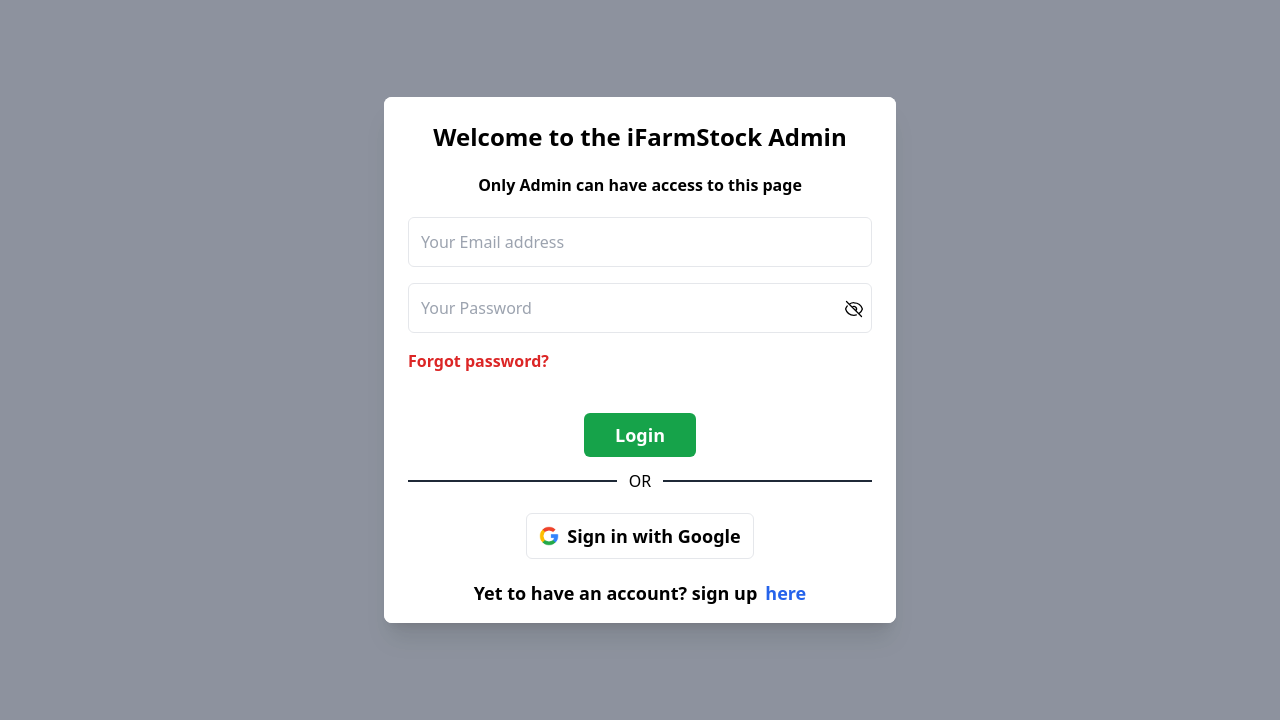
Repository: IssaMuiz/ifarmstock-admin
Page: /
The author's editor kept a copy of each file at every save. The page is drawn from the files as they stood at one save, then again after the next save.
The browser window is 1280 px wide. The pictures show the whole page.
The project was rebuilt for these pictures with package versions that can differ from the ones it lists, and the page was loaded fresh each time. The framework's server and built-in components were replaced by stand-ins that run in the browser. Also part of the build but not shown: next.config.mjs, components/navbar.tsx, components/spinner.tsx.

Above is the page before, as saved 2024-10-12 14:11:55.

### app/layout.tsx
import type { Metadata } from "next";
import localFont from "next/font/local";
import "./globals.css";
import ClientSessionProvider from "../components/clientSessionProvider";

const geistSans = localFont({
  src: "./fonts/GeistVF.woff",
  variable: "--font-geist-sans",
  weight: "100 900",
});
const geistMono = localFont({
  src: "./fonts/GeistMonoVF.woff",
  variable: "--font-geist-mono",
  weight: "100 900",
});

export const metadata: Metadata = {
  title: "iFarmStock-admin",
  description: "Generated by create next app",
};

export default function RootLayout({
  children,
}: Readonly<{
  children: React.ReactNode;
}>) {
  return (
    <html lang="en">
      <body
        className={`${geistSans.variable} ${geistMono.variable} antialiased mx-5 bg-gray-100`}
      >
        <ClientSessionProvider>{children}</ClientSessionProvider>
      </body>
    </html>
  );
}

### app/page.tsx
/* eslint-disable @typescript-eslint/no-explicit-any */
"use client";
import React from "react";
import { signIn } from "next-auth/react";
import { useRouter, useSearchParams } from "next/navigation";
import { useState, useEffect } from "react";
import Link from "next/link";
import Spinner from "@/components/spinner";
import Image from "next/image";

const errorMessages: { [key: string]: string } = {
  CredentialsSignin: "Invalid email or password",
  "User does not exist": "User does not exist",
  "Invalid password": "Invalid password",
};

const Login = () => {
  const [loading, setLoading] = useState(false);
  const [error, setError] = useState<string | null>(null);
  const [showPassword, setShowPassword] = useState(false);
  const [user, setUser] = useState({
    email: "",
    password: "",
  });

  const router = useRouter();

  const searchParams = useSearchParams();

  useEffect(() => {
    const authError = searchParams.get("error");
    if (authError) {
      setError(errorMessages[authError] || "Unknown error occured");
    }
  }, [searchParams]);

  const toggleShowPassword = () => {
    setShowPassword((prev) => !prev);
  };

  const handleInputChange = (e: any) => {
    const { name, value } = e.target;
    setError("");
    return setUser((prevInfo) => ({ ...prevInfo, [name]: value }));
  };

  const handleSubmit = async (e: any) => {
    e.preventDefault();
    setLoading(true);
    try {
      if (!user.email || !user.password) {
        setError("Please fill the required fields");
        return;
      }

      const emailRegex = /^([a-zA-Z0-9._%-]+@[a-zA-Z0-9.-]+\.[a-zA-Z]{2,})$/;
      if (!emailRegex.test(user.email)) {
        setError("Invalid email id");
        return;
      }

      const res = await signIn("credentials", {
        email: user.email,
        password: user.password,
        redirect: false,
      });

      if (res?.error) {
        setError(res.error);
      } else {
        router.push("/dashboard");
      }
    } catch (error: any) {
      console.log(error);
    } finally {
      setLoading(false);
      setUser({
        email: "",
        password: "",
      });
    }
  };

  return (
    <main>
      <div
        className="relative z-10"
        aria-labelledby="modal-title"
        role="dialog"
        aria-modal="true"
      >
        <div
          className="fixed inset-0 bg-gray-500 bg-opacity-75 transition-opacity"
          aria-hidden="true"
        ></div>

        <div className="fixed inset-0 z-10 w-screen overflow-y-auto">
          <div className="flex min-h-full items-center justify-center p-4 text-center sm:items-center sm:p-0">
            <div className="relative transform overflow-hidden rounded-lg bg-white text-left shadow-xl transition-all sm:my-8 sm:w-full sm:max-w-lg">
              <div className="bg-white px-4 pb-4 pt-5 sm:p-6 sm:pb-4 flex flex-col ">
                <h1 className="text-2xl font-bold mb-5 text-center">
                  Welcome to the iFarmStock Admin
                </h1>
                <p className="text-md font-semibold mb-5 text-center">
                  Only Admin can have access to this page
                </p>

                <form
                  className="flex flex-col gap-4"
                  onSubmit={handleSubmit}
                  action=""
                >
                  <input
                    className="border p-3 w-full rounded-md"
                    onChange={handleInputChange}
                    name="email"
                    value={user.email}
                    type="email"
                    placeholder="Your Email address"
                  />
                  <div className="relative">
                    <input
                      className="border p-3 w-full rounded-md"
                      onChange={handleInputChange}
                      name="password"
                      value={user.password}
                      type={showPassword ? "text" : "password"}
                      placeholder="Your Password"
                    />
                    <button
                      type="button"
                      onClick={toggleShowPassword}
                      className="absolute right-2 top-4"
                    >
                      {showPassword ? (
                        <svg
                          xmlns="http://www.w3.org/2000/svg"
                          fill="none"
                          viewBox="0 0 24 24"
                          strokeWidth="1.5"
                          stroke="currentColor"
                          className="size-5"
                        >
                          <path
                            strokeLinecap="round"
                            stroke-linejoin="round"
                            d="M2.036 12.322a1.012 1.012 0 0 1 0-.639C3.423 7.51 7.36 4.5 12 4.5c4.638 0 8.573 3.007 9.963 7.178.07.207.07.431 0 .639C20.577 16.49 16.64 19.5 12 19.5c-4.638 0-8.573-3.007-9.963-7.178Z"
                          />
                          <path
                            strokeLinecap="round"
                            strokeLinejoin="round"
                            d="M15 12a3 3 0 1 1-6 0 3 3 0 0 1 6 0Z"
                          />
                        </svg>
                      ) : (
                        <svg
                          xmlns="http://www.w3.org/2000/svg"
                          fill="none"
                          viewBox="0 0 24 24"
                          strokeWidth="1.5"
                          stroke="currentColor"
                          className="size-5"
                        >
                          <path
                            strokeLinecap="round"
                            strokeLinejoin="round"
                            d="M3.98 8.223A10.477 10.477 0 0 0 1.934 12C3.226 16.338 7.244 19.5 12 19.5c.993 0 1.953-.138 2.863-.395M6.228 6.228A10.451 10.451 0 0 1 12 4.5c4.756 0 8.773 3.162 10.065 7.498a10.522 10.522 0 0 1-4.293 5.774M6.228 6.228 3 3m3.228 3.228 3.65 3.65m7.894 7.894L21 21m-3.228-3.228-3.65-3.65m0 0a3 3 0 1 0-4.243-4.243m4.242 4.242L9.88 9.88"
                          />
                        </svg>
                      )}
                    </button>
                  </div>
                  <Link
                    href="/forgot-password"
                    className="text-red-600 font-semibold hover:underline w-max "
                  >
                    Forgot password?
                  </Link>
                  <div className="text-center">
                    {error && <p className="text-red-500"> {error}</p>}
                  </div>
                  <div className="mx-auto">
                    <button
                      type="submit"
                      className="bg-green-600 w-28 h-11 text-white text-lg rounded-md font-semibold mt-2 hover:bg-green-700  px-3 hover:shadow-lg"
                    >
                      {loading ? <Spinner /> : "Login"}
                    </button>
                  </div>
                </form>
                <div className="flex justify-center items-center w-full gap-3 py-3">
                  <hr className="border border-gray-800 w-full"></hr>
                  <div className="">OR</div>
                  <hr className="border border-gray-800 w-full"></hr>
                </div>
                <div
                  onClick={() => signIn("google")}
                  className=" w-max p-2 text-black border text-lg rounded-md cursor-pointer flex gap-2 items-center font-semibold mx-auto mt-2 hover:bg-green-500 hover:text-white  px-3 hover:shadow-lg"
                >
                  <Image
                    src="/assets/images/google-image.png"
                    alt="google-image"
                    height={20}
                    width={20}
                  />
                  <span>Sign in with Google</span>
                </div>
                <div className="text-center font-semibold text-lg mt-5">
                  Yet to have an account? sign up
                  <Link
                    href="/signup"
                    className="text-blue-600 ml-2 hover:underline"
                  >
                    here
                  </Link>
                </div>
              </div>
            </div>
          </div>
        </div>
      </div>
    </main>
  );
};

export default Login;

### components/clientSessionProvider.tsx
"use client";

import { SessionProvider } from "next-auth/react";
import { ReactNode, useState } from "react";
import Navbar from "./navbar";
import Sidenav from "./sidenav";
import { usePathname } from "next/navigation";
export default function ClientSessionProvider({
  children,
}: {
  children: ReactNode;
}) {
  const [showSidebar, setShowSidebar] = useState(false);

  const pathname = usePathname();

  const noNavRoutes = [
    "/",
    "/forgot-password",
    "/reset-password",
    "/signup",
    "/verify-email",
  ];
  const toggleSidebar = () => {
    setShowSidebar((prev) => !prev);
  };
  return (
    <SessionProvider>
      <main className="flex ">
        <Sidenav showSidebar={showSidebar} setShowSidebar={setShowSidebar} />

        <div
          className={`fixed block xl:hidden inset-0 bg-black transition-opacity duration-300 ease-in-out z-10 ${
            showSidebar
              ? "opacity-40 pointer-events-auto"
              : "opacity-0 pointer-events-none"
          }`}
          onClick={toggleSidebar}
        ></div>
        <section
          className={`relative z-0 transition-all duration-300 ease-in-out ${
            showSidebar ? "xl:ml-64" : "w-full"
          }  flex-1`}
        >
          {!noNavRoutes.includes(pathname) && (
            <Navbar toggleSidebar={toggleSidebar} showSidebar={showSidebar} />
          )}

          {children}
        </section>
      </main>
    </SessionProvider>
  );
}

### components/sidenav.tsx
import React from "react";
import Link from "next/link";

interface Sidebar {
  showSidebar: boolean;
  setShowSidebar: (Sidebar: boolean) => void;
}
const Sidenav = ({ showSidebar, setShowSidebar }: Sidebar) => {
  const closeSidebar = () => {
    setShowSidebar(false);
  };
  return (
    <aside className="h-20 overflow-y-auto">
      <div
        className={`fixed w-64 overflow-x-hidden scrollbar  overflow-auto z-20 left-0 top-0 bottom-0 transform transition-transform duration-300  bg-gray-600 ${
          showSidebar ? "xl:translate-x-0" : "-translate-x-full"
        }`}
      >
        <div className="bg-green-600 h-16 flex items-center gap-2 font-bold justify-center">
          <p className="text-2xl">iFarmStock</p>
          <p className="bg-white p-1 rounded-sm font-semibold text-sm">ADMIN</p>
        </div>
        <div className="flex flex-col items-start gap-6 text-white text-base font-semibold mt-10">
          <Link
            onClick={closeSidebar}
            href="/dashboard"
            className="flex gap-5 w-full items-center py-3 px-6 hover:bg-gray-500 cursor-pointer"
          >
            <svg
              width="25px"
              height="25px"
              viewBox="0 0 24 24"
              fill="none"
              xmlns="http://www.w3.org/2000/svg"
            >
              <path
                d="M21.54 19.25H21.31C21.2159 19.2194 21.1288 19.1706 21.0537 19.1062C20.9785 19.0418 20.9169 18.9632 20.8723 18.8749C20.8277 18.7866 20.8009 18.6903 20.7937 18.5917C20.7864 18.493 20.7988 18.3939 20.83 18.3C21.2622 16.9152 21.3626 15.4482 21.1231 14.0175C20.8837 12.5868 20.3111 11.2324 19.4516 10.0638C18.5921 8.89521 17.4698 7.94514 16.1754 7.29034C14.8809 6.63553 13.4506 6.29435 12 6.29435C10.5494 6.29435 9.11906 6.63553 7.82462 7.29034C6.53019 7.94514 5.4079 8.89521 4.54841 10.0638C3.68892 11.2324 3.11633 12.5868 2.87688 14.0175C2.63743 15.4482 2.73784 16.9152 3.17 18.3C3.21197 18.396 3.23338 18.4997 3.23284 18.6044C3.2323 18.7092 3.20983 18.8126 3.16687 18.9082C3.12391 19.0037 3.06142 19.0892 2.98341 19.1591C2.90541 19.229 2.81363 19.2818 2.71398 19.314C2.61434 19.3463 2.50903 19.3574 2.40485 19.3465C2.30068 19.3356 2.19994 19.303 2.10912 19.2508C2.01831 19.1986 1.93943 19.128 1.87758 19.0434C1.81573 18.9589 1.77226 18.8624 1.75 18.76C1.28255 17.2814 1.14055 15.7191 1.33375 14.1804C1.52694 12.6417 2.05074 11.1631 2.86922 9.84591C3.68769 8.52873 4.78146 7.40423 6.07545 6.54957C7.36945 5.69492 8.83303 5.13034 10.3658 4.89459C11.8985 4.65884 13.4641 4.7575 14.9551 5.1838C16.4461 5.61009 17.8273 6.35393 19.0037 7.36426C20.1802 8.3746 21.1241 9.62751 21.7708 11.037C22.4174 12.4465 22.7515 13.9792 22.75 15.53C22.75 16.6259 22.5814 17.7154 22.25 18.76C22.1977 18.9057 22.1011 19.0313 21.9738 19.1192C21.8464 19.2071 21.6947 19.2528 21.54 19.25Z"
                fill="#ffffff"
              />
              <path
                d="M21.54 19.25H2.45999C2.26108 19.25 2.07031 19.171 1.92966 19.0303C1.78901 18.8897 1.70999 18.6989 1.70999 18.5C1.70999 18.3011 1.78901 18.1103 1.92966 17.9697C2.07031 17.829 2.26108 17.75 2.45999 17.75H21.54C21.7389 17.75 21.9297 17.829 22.0703 17.9697C22.211 18.1103 22.29 18.3011 22.29 18.5C22.29 18.6989 22.211 18.8897 22.0703 19.0303C21.9297 19.171 21.7389 19.25 21.54 19.25Z"
                fill="#ffffff"
              />
              <path
                d="M12 16.25C11.9015 16.2505 11.8038 16.2312 11.7128 16.1935C11.6218 16.1557 11.5392 16.1001 11.47 16.03C11.3295 15.8894 11.2507 15.6988 11.2507 15.5C11.2507 15.3013 11.3295 15.1106 11.47 14.97L15.47 10.97C15.613 10.8661 15.788 10.8161 15.9643 10.8287C16.1406 10.8413 16.3067 10.9157 16.4335 11.0389C16.5602 11.162 16.6394 11.326 16.6571 11.5018C16.6747 11.6777 16.6297 11.8541 16.53 12L12.53 16C12.4633 16.0756 12.3819 16.1367 12.2908 16.1797C12.1997 16.2227 12.1007 16.2466 12 16.25Z"
                fill="#ffffff"
              />
            </svg>
            <p>Dashboard</p>
          </Link>
          <Link
            onClick={closeSidebar}
            href="/products"
            className="flex gap-5 w-full items-center py-3 px-6 hover:bg-gray-500 cursor-pointer"
          >
            <svg
              xmlns="http://www.w3.org/2000/svg"
              fill="none"
              viewBox="0 0 24 24"
              strokeWidth={1.5}
              stroke="currentColor"
              className="size-6"
            >
              <path
                strokeLinecap="round"
                strokeLinejoin="round"
                d="M6 6.878V6a2.25 2.25 0 0 1 2.25-2.25h7.5A2.25 2.25 0 0 1 18 6v.878m-12 0c.235-.083.487-.128.75-.128h10.5c.263 0 .515.045.75.128m-12 0A2.25 2.25 0 0 0 4.5 9v.878m13.5-3A2.25 2.25 0 0 1 19.5 9v.878m0 0a2.246 2.246 0 0 0-.75-.128H5.25c-.263 0-.515.045-.75.128m15 0A2.25 2.25 0 0 1 21 12v6a2.25 2.25 0 0 1-2.25 2.25H5.25A2.25 2.25 0 0 1 3 18v-6c0-.98.626-1.813 1.5-2.122"
              />
            </svg>

            <p>Products</p>
          </Link>
          <Link
            onClick={closeSidebar}
            href="/categories"
            className="flex gap-5 w-full items-center py-3 px-6 hover:bg-gray-500 cursor-pointer"
          >
            <svg
              xmlns="http://www.w3.org/2000/svg"
              fill="none"
              viewBox="0 0 24 24"
              strokeWidth={1.5}
              stroke="currentColor"
              className="size-6"
            >
              <path
                strokeLinecap="round"
                strokeLinejoin="round"
                d="M20.25 6.375c0 2.278-3.694 4.125-8.25 4.125S3.75 8.653 3.75 6.375m16.5 0c0-2.278-3.694-4.125-8.25-4.125S3.75 4.097 3.75 6.375m16.5 0v11.25c0 2.278-3.694 4.125-8.25 4.125s-8.25-1.847-8.25-4.125V6.375m16.5 0v3.75m-16.5-3.75v3.75m16.5 0v3.75C20.25 16.153 16.556 18 12 18s-8.25-1.847-8.25-4.125v-3.75m16.5 0c0 2.278-3.694 4.125-8.25 4.125s-8.25-1.847-8.25-4.125"
              />
            </svg>

            <p>Categories</p>
          </Link>
          <Link
            onClick={closeSidebar}
            href="/orders"
            className="flex gap-5 w-full items-center py-3 px-6 hover:bg-gray-500 cursor-pointer"
          >
            <svg
              xmlns="http://www.w3.org/2000/svg"
              fill="none"
              viewBox="0 0 24 24"
              strokeWidth={1.5}
              stroke="currentColor"
              className="size-6"
            >
              <path
                strokeLinecap="round"
                strokeLinejoin="round"
                d="M2.25 3h1.386c.51 0 .955.343 1.087.835l.383 1.437M7.5 14.25a3 3 0 0 0-3 3h15.75m-12.75-3h11.218c1.121-2.3 2.1-4.684 2.924-7.138a60.114 60.114 0 0 0-16.536-1.84M7.5 14.25 5.106 5.272M6 20.25a.75.75 0 1 1-1.5 0 .75.75 0 0 1 1.5 0Zm12.75 0a.75.75 0 1 1-1.5 0 .75.75 0 0 1 1.5 0Z"
              />
            </svg>

            <p>Orders</p>
          </Link>
          <Link
            onClick={closeSidebar}
            href="/customers"
            className="flex gap-5 w-full items-center py-3 px-6 hover:bg-gray-500 cursor-pointer"
          >
            <svg
              xmlns="http://www.w3.org/2000/svg"
              fill="none"
              viewBox="0 0 24 24"
              strokeWidth={1.5}
              stroke="currentColor"
              className="size-6"
            >
              <path
                strokeLinecap="round"
                strokeLinejoin="round"
                d="M15.75 6a3.75 3.75 0 1 1-7.5 0 3.75 3.75 0 0 1 7.5 0ZM4.501 20.118a7.5 7.5 0 0 1 14.998 0A17.933 17.933 0 0 1 12 21.75c-2.676 0-5.216-.584-7.499-1.632Z"
              />
            </svg>

            <p>Customers</p>
          </Link>
          <Link
            onClick={closeSidebar}
            href="/settings"
            className="flex gap-5 w-full items-center py-3 px-6 hover:bg-gray-500 cursor-pointer"
          >
            <svg
              xmlns="http://www.w3.org/2000/svg"
              fill="none"
              viewBox="0 0 24 24"
              strokeWidth={1.5}
              stroke="currentColor"
              className="size-6"
            >
              <path
                strokeLinecap="round"
                strokeLinejoin="round"
                d="M9.594 3.94c.09-.542.56-.94 1.11-.94h2.593c.55 0 1.02.398 1.11.94l.213 1.281c.063.374.313.686.645.87.074.04.147.083.22.127.325.196.72.257 1.075.124l1.217-.456a1.125 1.125 0 0 1 1.37.49l1.296 2.247a1.125 1.125 0 0 1-.26 1.431l-1.003.827c-.293.241-.438.613-.43.992a7.723 7.723 0 0 1 0 .255c-.008.378.137.75.43.991l1.004.827c.424.35.534.955.26 1.43l-1.298 2.247a1.125 1.125 0 0 1-1.369.491l-1.217-.456c-.355-.133-.75-.072-1.076.124a6.47 6.47 0 0 1-.22.128c-.331.183-.581.495-.644.869l-.213 1.281c-.09.543-.56.94-1.11.94h-2.594c-.55 0-1.019-.398-1.11-.94l-.213-1.281c-.062-.374-.312-.686-.644-.87a6.52 6.52 0 0 1-.22-.127c-.325-.196-.72-.257-1.076-.124l-1.217.456a1.125 1.125 0 0 1-1.369-.49l-1.297-2.247a1.125 1.125 0 0 1 .26-1.431l1.004-.827c.292-.24.437-.613.43-.991a6.932 6.932 0 0 1 0-.255c.007-.38-.138-.751-.43-.992l-1.004-.827a1.125 1.125 0 0 1-.26-1.43l1.297-2.247a1.125 1.125 0 0 1 1.37-.491l1.216.456c.356.133.751.072 1.076-.124.072-.044.146-.086.22-.128.332-.183.582-.495.644-.869l.214-1.28Z"
              />
              <path
                strokeLinecap="round"
                strokeLinejoin="round"
                d="M15 12a3 3 0 1 1-6 0 3 3 0 0 1 6 0Z"
              />
            </svg>

            <p>Settings</p>
          </Link>
        </div>
      </div>
    </aside>
  );
};

export default Sidenav;

Loaded but not shown: app/globals.css (common file); tailwind.config.ts (common file)

After the next save:
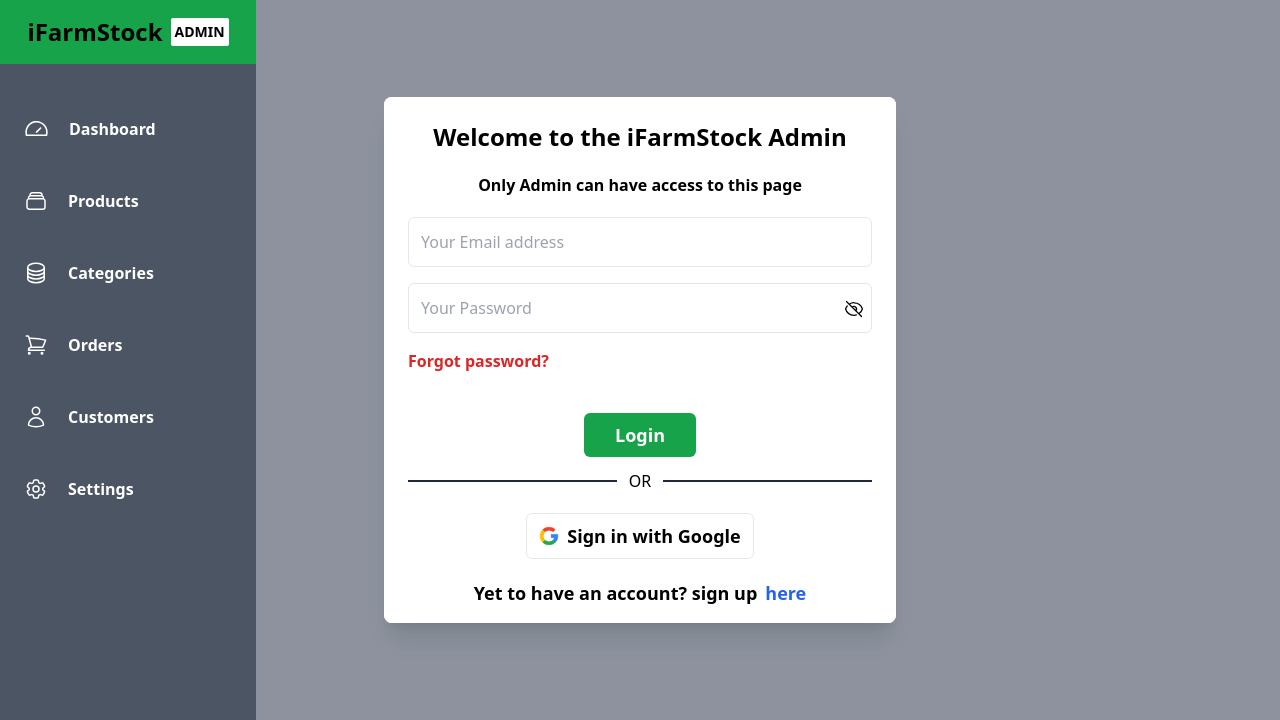
Saved 67 s later.
--- a/components/sidenav.tsx
+++ b/components/sidenav.tsx
@@ -12,8 +12,8 @@
   return (
     <aside className="h-20 overflow-y-auto">
       <div
-        className={`fixed w-64 overflow-x-hidden scrollbar  overflow-auto z-20 left-0 top-0 bottom-0 transform transition-transform duration-300  bg-gray-600 ${
-          showSidebar ? "xl:translate-x-0" : "-translate-x-full"
+        className={`fixed w-64 overflow-x-hidden scrollbar  overflow-auto z-20 left-0 top-0 bottom-0 transform transition-transform duration-300  bg-gray-600 xl:translate-x-0 ${
+          showSidebar ? "translate-x-0" : "-translate-x-full"
         }`}
       >
         <div className="bg-green-600 h-16 flex items-center gap-2 font-bold justify-center">

After the save that followed:
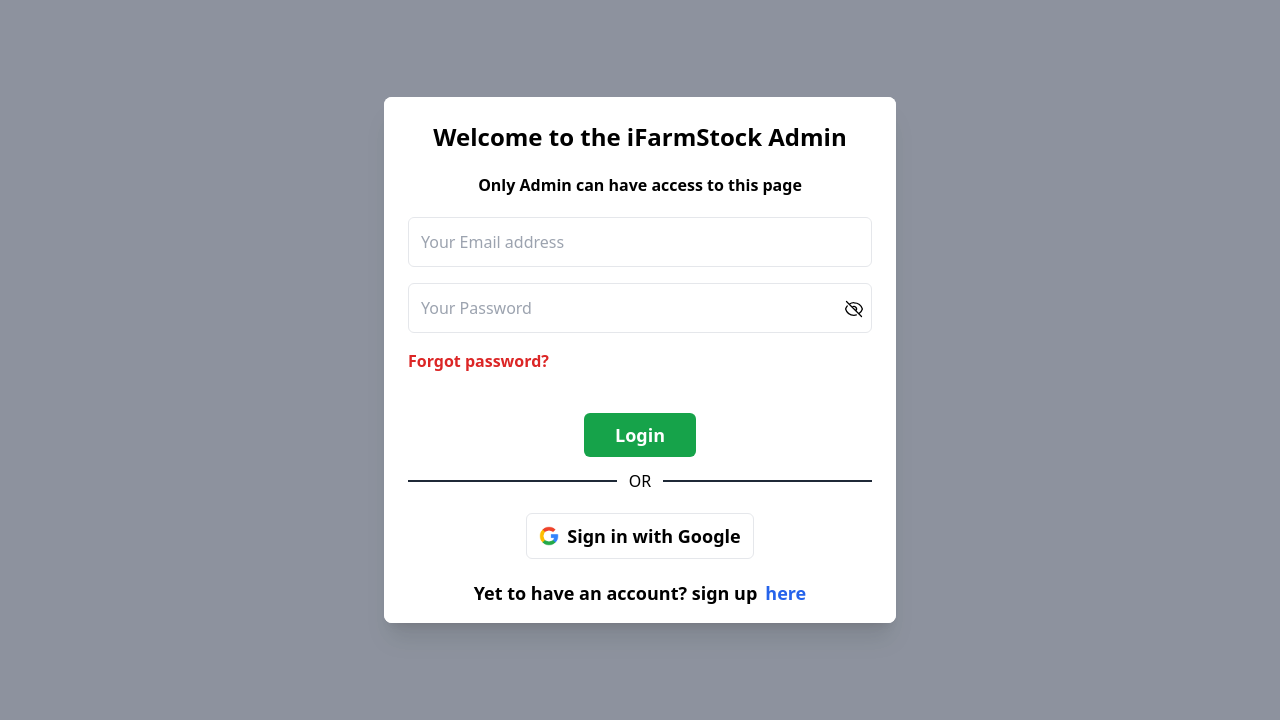
Saved 2 min 20 s later.
--- a/components/sidenav.tsx
+++ b/components/sidenav.tsx
@@ -12,7 +12,7 @@
   return (
     <aside className="h-20 overflow-y-auto">
       <div
-        className={`fixed w-64 overflow-x-hidden scrollbar  overflow-auto z-20 left-0 top-0 bottom-0 transform transition-transform duration-300  bg-gray-600 xl:translate-x-0 ${
+        className={`fixed w-64 overflow-x-hidden scrollbar  overflow-auto z-20 left-0 top-0 bottom-0 transform transition-transform duration-300  bg-gray-600 ${
           showSidebar ? "translate-x-0" : "-translate-x-full"
         }`}
       >
